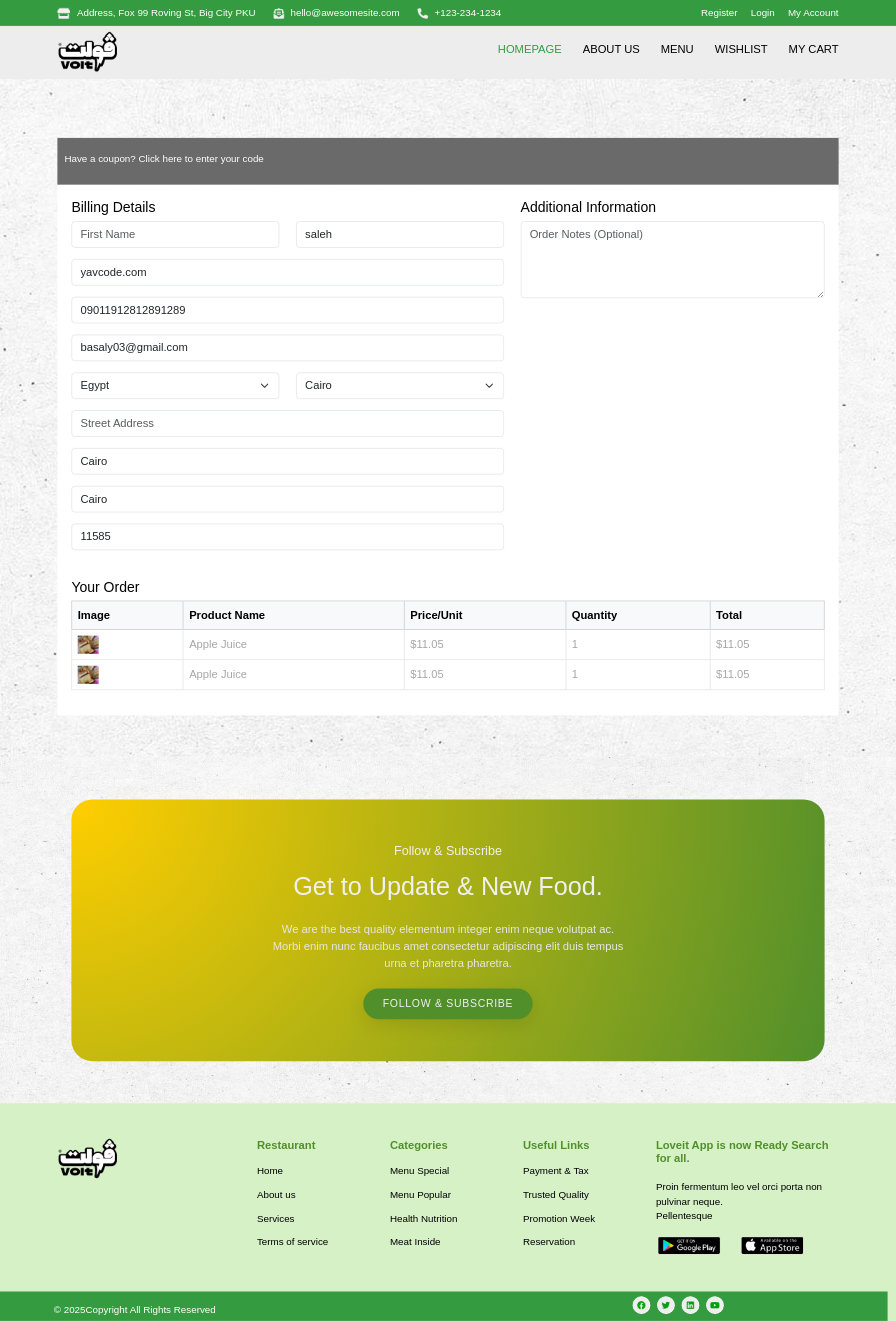
Repository: junivig/volt-new-project
Page: checkout.html
An editor plug-in stored every save of this project. The page is shown before and after the next save, followed by the edit.
The browser window is 1280 px wide. The pictures show the whole page, at 70% of full size.

Above is the page before, as saved 2025-02-01 01:56:16.

### checkout.html
<!DOCTYPE html>
<html lang="en">

<head>
  <meta charset="utf-8">
  <meta content="width=device-width, initial-scale=1.0" name="viewport">
  <title>Checkout- Voltfood</title>
  <meta name="description" content="">
  <meta name="keywords" content="">

  <!-- Favicons -->
  <link href="assets/img/favicon.png" rel="icon">
  <link href="assets/img/apple-touch-icon.png" rel="apple-touch-icon">

  <!-- Fonts -->
  <link href="https://fonts.googleapis.com" rel="preconnect">
  <link href="https://fonts.gstatic.com" rel="preconnect" crossorigin>
  <link href="https://fonts.googleapis.com/css2?family=Roboto:ital,wght@0,100;0,300;0,400;0,500;0,700;0,900;1,100;1,300;1,400;1,500;1,700;1,900&family=Raleway:ital,wght@0,100;0,200;0,300;0,400;0,500;0,600;0,700;0,800;0,900;1,100;1,200;1,300;1,400;1,500;1,600;1,700;1,800;1,900&family=Ubuntu:ital,wght@0,300;0,400;0,500;0,700;1,300;1,400;1,500;1,700&display=swap" rel="stylesheet">

  <!-- Vendor CSS Files -->
  <link href="assets/vendor/bootstrap/css/bootstrap.min.css" rel="stylesheet">
  <link href="assets/vendor/bootstrap-icons/bootstrap-icons.css" rel="stylesheet">
  <link href="assets/vendor/aos/aos.css" rel="stylesheet">
  <link href="assets/vendor/glightbox/css/glightbox.min.css" rel="stylesheet">
  <link href="assets/vendor/swiper/swiper-bundle.min.css" rel="stylesheet">

  <!-- Main CSS File -->
  <link href="assets/css/main.css" rel="stylesheet">

  <!-- =======================================================
  * Template Name: eNno
  * Template URL: https://bootstrapmade.com/enno-free-simple-bootstrap-template/
  * Updated: Aug 07 2024 with Bootstrap v5.3.3
  * Author: BootstrapMade.com
  * License: https://bootstrapmade.com/license/
  ======================================================== -->
</head>

<body class="index-page">

  <header id="header" class="header ">
    <div class="container-fluid  top-header">
      <div class="container-xl">
          <div class="row align-items-center">
              <div class="col-md-8 d-flex align-items-center">
                <nav id="navmenu" class="navmenu">
                  <ul>
                <li class="">
                  <img src="assets/img/location-icon.png" alt="Location Icon" class="icon-right">
                  <span class="top-header-text">Address, Fox 99 Roving St, Big City PKU</span>
              </li>
                <li class="">
                  <img src="assets/img/email-icon.png" alt="Email Icon" class="icon-right">
                  <span class="top-header-text">hello@awesomesite.com</span>
              </li>
              <li class="">
                <img src="assets/img/phone-icon.png" alt="Phone Icon" class="icon-right">
                <span class="top-header-text">+123-234-1234</span>
            </li>
                  </ul>
                </nav>
              </div>
              <div class="col-md-4 text-end">
                  <a href="#" >Register</a>
                  <a href="#">Login</a>
                  <a href="#">My Account</a>
              </div>
          </div>
        </div>
  </div>
    <div class="container-fluid container-xl position-relative d-flex align-items-center">

      <a href="index.html" class="logo d-flex align-items-center me-auto">

        <img src="assets/img/logo.png" alt="Logo Image">
      </a>

      <nav id="navmenu" class="navmenu">
        <ul>
          <li><a href="index.html" class="active">HOMEPAGE</a></li>
          <li><a href="about.html">ABOUT US</a></li>
          <li><a href="menu.html">MENU</a></li>
          <li><a href="#">WISHLIST</a></li>
          <li><a href="#">MY CART</a></li>
          <!-- <li class="dropdown"><a href="#"><span>Dropdown</span> <i class="bi bi-chevron-down toggle-dropdown"></i></a>
            <ul>
              <li><a href="#">Dropdown 1</a></li>
              <li class="dropdown"><a href="#"><span>Deep Dropdown</span> <i class="bi bi-chevron-down toggle-dropdown"></i></a>
                <ul>
                  <li><a href="#">Deep Dropdown 1</a></li>
                  <li><a href="#">Deep Dropdown 2</a></li>
                  <li><a href="#">Deep Dropdown 3</a></li>
                  <li><a href="#">Deep Dropdown 4</a></li>
                  <li><a href="#">Deep Dropdown 5</a></li>
                </ul>
              </li>
              <li><a href="#">Dropdown 2</a></li>
              <li><a href="#">Dropdown 3</a></li>
              <li><a href="#">Dropdown 4</a></li>
            </ul>
          </li> -->
        </ul>
        <i class="mobile-nav-toggle d-xl-none bi bi-list"></i>
      </nav>

      <!-- <a class="btn-getstarted" href="index.html#about">Get Started</a> -->

    </div>
  </header>

  <main class="main">


        <!-- Checkout Section -->
        <section id="testimonials" class="testimonials section light-background bg-image">
          <div class="container mt-4">
            <div class="coupon-section">
                <p>Have a coupon? Click here to enter your code</p>
            </div>

            <div class="checkout-container">
                <div class="row">
                    <div class="col-md-7">
                        <h5>Billing Details</h5>
                        <form>
                            <div class="row mb-3">
                                <div class="col-md-6">
                                    <input type="text" class="form-control" placeholder="First Name" value="">
                                </div>
                                <div class="col-md-6">
                                    <input type="text" class="form-control" placeholder="Last Name" value="saleh">
                                </div>
                            </div>
                            <input type="text" class="form-control mb-3" placeholder="Company Name" value="yavcode.com">
                            <input type="text" class="form-control mb-3" placeholder="Phone Number" value="09011912812891289">
                            <input type="email" class="form-control mb-3" placeholder="Email" value="basaly03@gmail.com">

                            <div class="row mb-3">
                                <div class="col-md-6">
                                    <select class="form-select">
                                        <option selected>Saudi Arabia</option>
                                        <option selected>Qatar</option>
                                        <option selected>Egypt</option>
                                    </select>
                                </div>
                                <div class="col-md-6">
                                    <select class="form-select">
                                        <option selected>Cairo</option>
                                        <option selected>Cairo</option>
                                        <option selected>Cairo</option>
                                    </select>
                                </div>
                            </div>

                            <input type="text" class="form-control mb-3" placeholder="Street Address" value="">
                            <input type="text" class="form-control mb-3" placeholder="City" value="Cairo">
                            <input type="text" class="form-control mb-3" placeholder="State" value="Cairo">
                            <input type="text" class="form-control mb-3" placeholder="Zip Code" value="11585">
                        </form>
                    </div>

                    <div class="col-md-5">
                        <h5>Additional Information</h5>
                        <textarea class="form-control" rows="4" placeholder="Order Notes (Optional)"></textarea>
                    </div>
                </div>

                <h5 class="mt-4">Your Order</h5>
                <table class="table table-bordered">
                    <thead class="table-light">
                        <tr>
                            <th>Image</th>
                            <th>Product Name</th>
                            <th>Price/Unit</th>
                            <th>Quantity</th>
                            <th>Total</th>
                        </tr>
                    </thead>
                    <tbody>
                        <tr>
                            <td><img src="assets/img/breakfast.png" alt="Image"></td>
                            <td>Apple Juice</td>
                            <td>$11.05</td>
                            <td>1</td>
                            <td>$11.05</td>
                        </tr>
                        <tr>
                            <td><img src="assets/img/breakfast.png" alt="Image"></td>
                            <td>Apple Juice</td>
                            <td>$11.05</td>
                            <td>1</td>
                            <td>$11.05</td>
                        </tr>
                    </tbody>
                </table>
            </div>
        </div>
        </section>
      <!-- /Checkout Section -->


  </main>





 <!-- /Subscribe Footer Section -->
 <section class="bg-image">
  <div class="footer-newsletter">
    <div class="container">
      <div class="row justify-content-center text-center">
        <div class="col-lg-6">
          <p class="footer-newsletter-sub-heading">Follow & Subscribe</p>
          <h4 class="footer-newsletter-heading">Get to Update & New Food.</h4>
          <p class="footer-newsletter-text">We are the best quality elementum integer enim neque volutpat ac. Morbi enim nunc
            faucibus amet consectetur adipiscing elit duis tempus urna et pharetra pharetra.</p>
            <div class="mt-4">
            <a href="#about" class="subscribe-button">FOLLOW & SUBSCRIBE</a>
          </div>
        </div>
      </div>
    </div>
  </div>
</section><!-- /Subscribe Footer Section -->

  <footer id="footer" class="footer">



    <div class="container footer-top">
      <div class="row gy-4">
        <div class="col-lg-3 col-md-6 footer-about">
          <a href="index.html" class="logo d-flex align-items-center me-auto">
            <img src="assets/img/logo.png" alt="Logo Image">
          </a>

        </div>

        <div class="col-lg-2 col-md-3 footer-links">
          <h4 class="footer-pages-heading">Restaurant</h4>
          <ul>
            <li> <a href="#">Home</a></li>
            <li> <a href="#">About us</a></li>
            <li> <a href="#">Services</a></li>
            <li> <a href="#">Terms of service</a></li>
          </ul>
        </div>

        <div class="col-lg-2 col-md-3 footer-links">
          <h4 class="footer-pages-heading">Categories</h4>
          <ul>
            <li> <a href="#">Menu Special</a></li>
            <li> <a href="#">Menu Popular</a></li>
            <li> <a href="#">Health Nutrition</a></li>
            <li> <a href="#">Meat Inside</a></li>
          </ul>
        </div>
        <div class="col-lg-2 col-md-3 footer-links">
          <h4 class="footer-pages-heading">Useful Links</h4>
          <ul>
            <li> <a href="#">Payment & Tax</a></li>
            <li> <a href="#">Trusted Quality</a></li>
            <li> <a href="#">Promotion Week</a></li>
            <li> <a href="#">Reservation</a></li>
          </ul>
        </div>

        <div class="col-lg-3 col-md-12">
          <h4 class="footer-pages-heading">Loveit App is now Ready Search for all.</h4>
          <p>Proin fermentum leo vel orci porta non pulvinar neque. <br> Pellentesque</p>
          <div class="row">
            <div class="col-lg-5 col-md-6 col-sm-12">
              <img src="assets/img/android.png" alt="Google Play Image" class="mobile-app-image">
           </div>
           <div class="col-lg-5 col-md-6 col-sm-12">
            <img src="assets/img/apple.png" alt="Apple Store Image" class="mobile-app-image">
         </div>
        </div>

      </div>
    </div>
    </div>
    <div class="row copyright mt-4">
      <div class="row">
      <div class="col-lg-6 col-md-12 col-sm-12">
        <p class="mt-2">© 2025<span>Copyright All Rights Reserved</span></p>
      </div>
      <div class="col-lg-3 col-md-12 col-md-12">
      </div>
      <div class="col-lg-3 col-md-12 col-md-12 social-media-icons">
        <div class="social-links d-flex text-end">
          <a href=""><img src="assets/img/facebook.png" alt="Logo Image"></a>
          <a href=""><img src="assets/img/twitter.png" alt="Logo Image"></a>
          <a href=""><img src="assets/img/linkedin.png" alt="Logo Image"></i></a>
          <a href=""><img src="assets/img/youtube.png" alt="Logo Image"></i></a>
        </div>
      </div>
      </div>
    </div>
  </footer>

  <!-- Scroll Top -->
  <a href="#" id="scroll-top" class="scroll-top d-flex align-items-center justify-content-center"><i class="bi bi-arrow-up-short"></i></a>

  <!-- Preloader -->
  <div id="preloader"></div>

  <!-- Vendor JS Files -->
  <script src="assets/vendor/bootstrap/js/bootstrap.bundle.min.js"></script>
  <script src="assets/vendor/php-email-form/validate.js"></script>
  <script src="assets/vendor/aos/aos.js"></script>
  <script src="assets/vendor/glightbox/js/glightbox.min.js"></script>
  <script src="assets/vendor/purecounter/purecounter_vanilla.js"></script>
  <script src="assets/vendor/imagesloaded/imagesloaded.pkgd.min.js"></script>
  <script src="assets/vendor/isotope-layout/isotope.pkgd.min.js"></script>
  <script src="assets/vendor/swiper/swiper-bundle.min.js"></script>
  <script>
    fetch("footer.html")
      .then(response => response.text())
      .then(data => document.getElementById("footer-placeholder").innerHTML = data)
      .catch(error => console.error("Error loading the footer:", error));
  </script>

  <!-- Main JS File -->
  <script src="assets/js/main.js"></script>
  <script>
    document.addEventListener("DOMContentLoaded", function () {
        document.querySelectorAll(".quantity-control button").forEach(button => {
            button.addEventListener("click", function () {
                let input = this.parentElement.querySelector("input");
                let value = parseInt(input.value);
                if (this.classList.contains("increase")) {
                    input.value = value + 1;
                } else if (this.classList.contains("decrease") && value > 1) {
                    input.value = value - 1;
                }
            });
        });

        document.querySelectorAll(".remove-btn").forEach(button => {
            button.addEventListener("click", function () {
                this.closest("tr").remove();
            });
        });
    });
</script>

</body>

</html>

### footer.html
<!-- Subscribe Footer Section -->
<section class="bg-image">
    <div class="footer-newsletter">
      <div class="container">
        <div class="row justify-content-center text-center">
          <div class="col-lg-6">
            <p class="footer-newsletter-sub-heading">Follow & Subscribe</p>
            <h4 class="footer-newsletter-heading">Get to Update & New Food.</h4>
            <p class="footer-newsletter-text">We are the best quality elementum integer enim neque volutpat ac. Morbi enim nunc
              faucibus amet consectetur adipiscing elit duis tempus urna et pharetra pharetra.</p>
            <div class="mt-4">
              <a href="#about" class="subscribe-button">FOLLOW & SUBSCRIBE</a>
            </div>
          </div>
        </div>
      </div>
    </div>
  </section>


  <footer id="footer" class="footer">
    <div class="container footer-top">
      <div class="row gy-4">
        <div class="col-lg-3 col-md-6 footer-about">
          <a href="index.html" class="logo d-flex align-items-center me-auto">
            <img src="assets/img/logo.png" alt="Logo Image">
          </a>
        </div>

        <div class="col-lg-2 col-md-3 footer-links">
          <h4 class="footer-pages-heading">Restaurant</h4>
          <ul>
            <li><a href="#">Home</a></li>
            <li><a href="#">About us</a></li>
            <li><a href="#">Services</a></li>
            <li><a href="#">Terms of service</a></li>
          </ul>
        </div>

        <div class="col-lg-2 col-md-3 footer-links">
          <h4 class="footer-pages-heading">Categories</h4>
          <ul>
            <li><a href="#">Menu Special</a></li>
            <li><a href="#">Menu Popular</a></li>
            <li><a href="#">Health Nutrition</a></li>
            <li><a href="#">Meat Inside</a></li>
          </ul>
        </div>

        <div class="col-lg-2 col-md-3 footer-links">
          <h4 class="footer-pages-heading">Useful Links</h4>
          <ul>
            <li><a href="#">Payment & Tax</a></li>
            <li><a href="#">Trusted Quality</a></li>
            <li><a href="#">Promotion Week</a></li>
            <li><a href="#">Reservation</a></li>
          </ul>
        </div>

        <div class="col-lg-3 col-md-12">
          <h4 class="footer-pages-heading">Loveit App is now Ready Search for all.</h4>
          <p>Proin fermentum leo vel orci porta non pulvinar neque. <br> Pellentesque</p>
          <div class="row">
            <div class="col-lg-5 col-md-6 col-sm-12">
              <img src="assets/img/android.png" alt="Google Play Image" class="mobile-app-image">
            </div>
            <div class="col-lg-5 col-md-6 col-sm-12">
              <img src="assets/img/apple.png" alt="Apple Store Image" class="mobile-app-image">
            </div>
          </div>
        </div>
      </div>
    </div>

    <div class="row copyright mt-4">
      <div class="row">
        <div class="col-lg-6 col-md-12 col-sm-12">
          <p class="mt-2">&copy; 2025 <span>Copyright All Rights Reserved</span></p>
        </div>
        <div class="col-lg-3 col-md-12 col-md-12"></div>
        <div class="col-lg-3 col-md-12 col-md-12 social-media-icons">
          <div class="social-links d-flex text-end">
            <a href=""><img src="assets/img/facebook.png" alt="Logo Image"></a>
            <a href=""><img src="assets/img/twitter.png" alt="Logo Image"></a>
            <a href=""><img src="assets/img/linkedin.png" alt="Logo Image"></a>
            <a href=""><img src="assets/img/youtube.png" alt="Logo Image"></a>
          </div>
        </div>
      </div>
    </div>
  </footer>

Loaded but not shown: assets/vendor/bootstrap/css/bootstrap.min.css (library); assets/vendor/bootstrap-icons/bootstrap-icons.css (library); assets/vendor/aos/aos.css (library); assets/vendor/glightbox/css/glightbox.min.css (library); assets/vendor/swiper/swiper-bundle.min.css (library); assets/vendor/bootstrap/js/bootstrap.bundle.min.js (library); assets/vendor/php-email-form/validate.js (common file); assets/vendor/aos/aos.js (library); assets/vendor/glightbox/js/glightbox.min.js (library); assets/vendor/purecounter/purecounter_vanilla.js (library); assets/vendor/imagesloaded/imagesloaded.pkgd.min.js (library); assets/vendor/isotope-layout/isotope.pkgd.min.js (library); assets/vendor/swiper/swiper-bundle.min.js (library); assets/js/main.js (209 lines, source omitted); assets/css/main.css (2467 lines, source omitted)

After the next save:
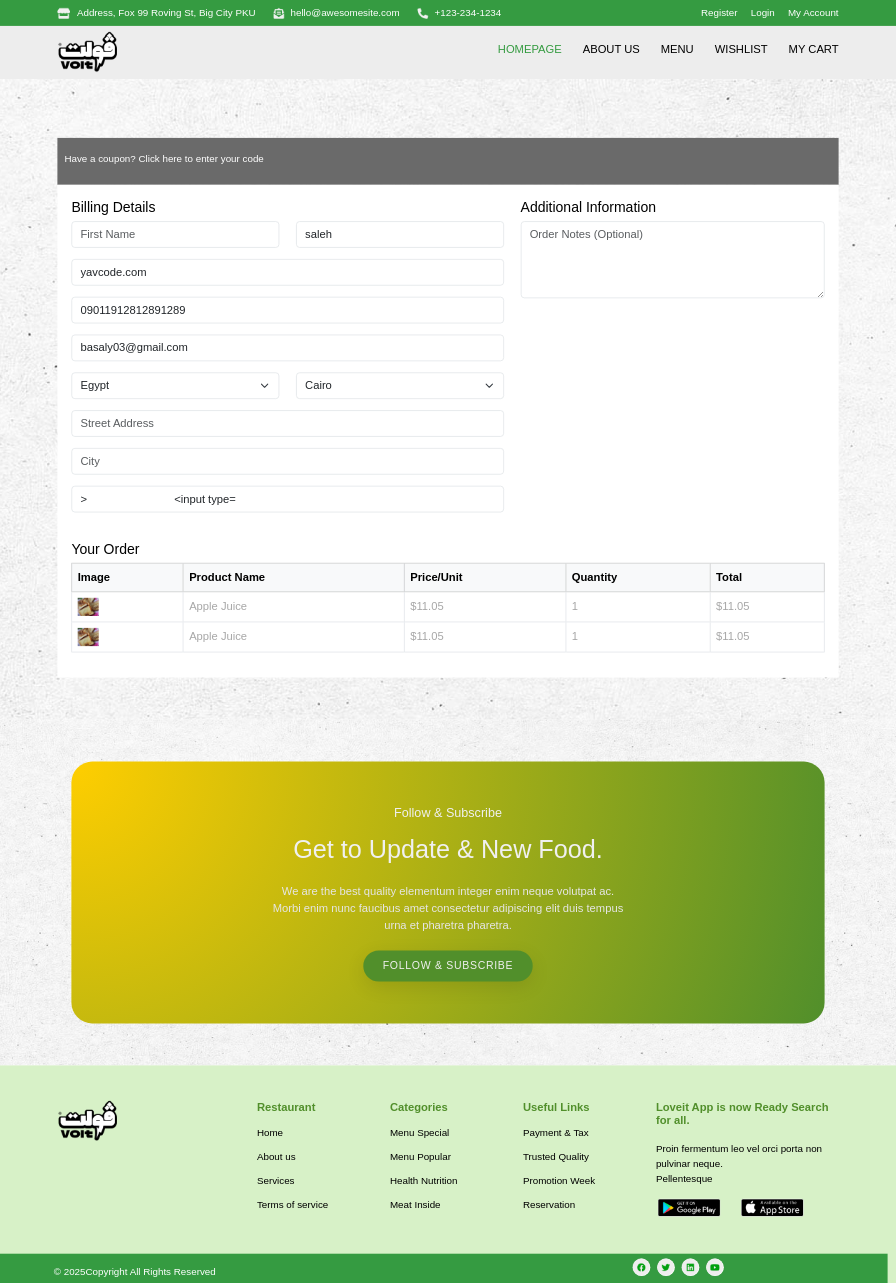
Saved 15 s later.
--- a/checkout.html
+++ b/checkout.html
@@ -153,9 +153,9 @@
                             </div>
 
                             <input type="text" class="form-control mb-3" placeholder="Street Address" value="">
-                            <input type="text" class="form-control mb-3" placeholder="City" value="Cairo">
-                            <input type="text" class="form-control mb-3" placeholder="State" value="Cairo">
-                            <input type="text" class="form-control mb-3" placeholder="Zip Code" value="11585">
+                            <input type="text" class="form-control mb-3" placeholder="City" value="">
+                            <input type="text" class="form-control mb-3" placeholder="State" value=">
+                            <input type="text" class="form-control mb-3" placeholder="Zip Code" value="">
                         </form>
                     </div>
 

After the save that followed:
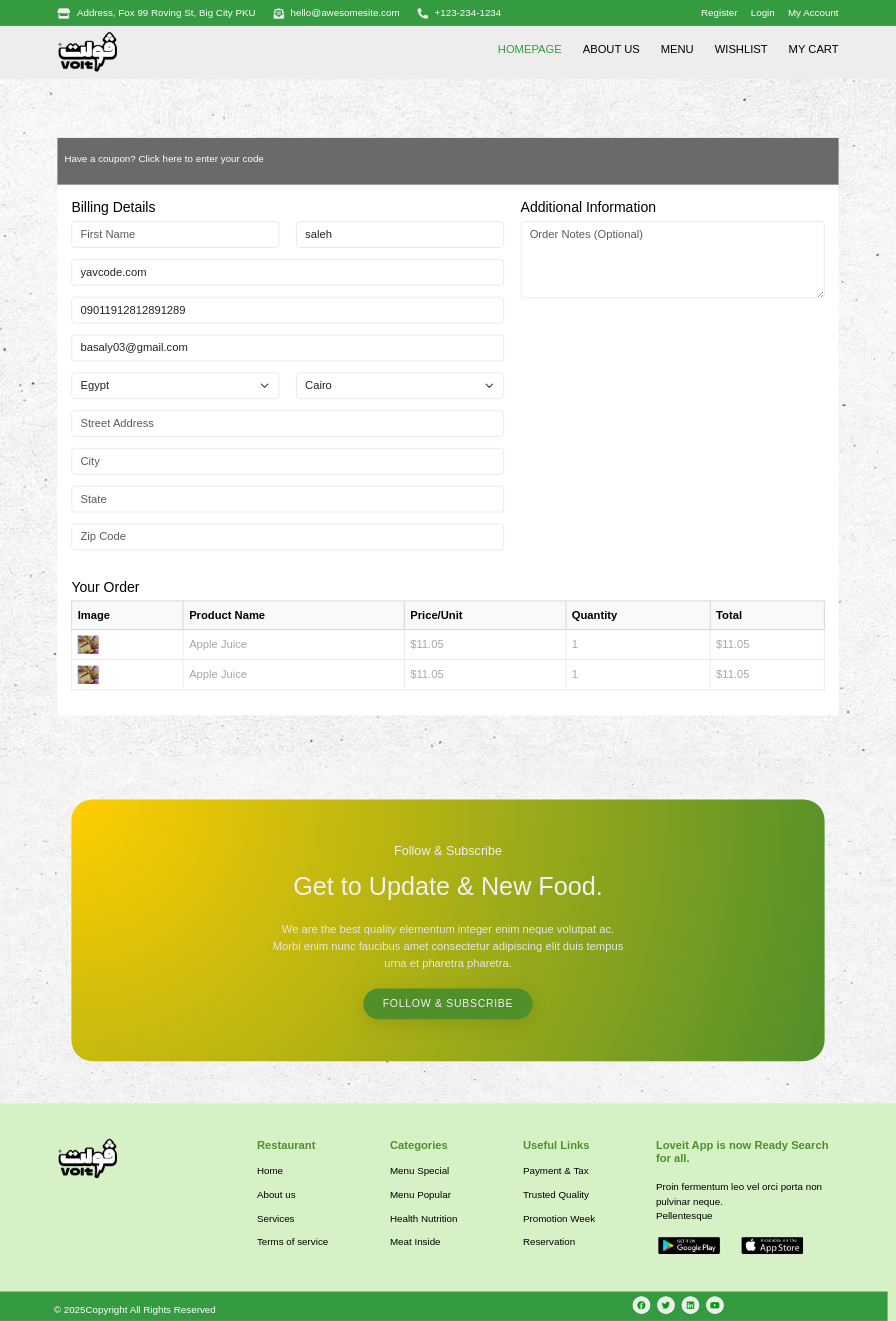
Saved 13 s later.
--- a/checkout.html
+++ b/checkout.html
@@ -154,7 +154,7 @@
 
                             <input type="text" class="form-control mb-3" placeholder="Street Address" value="">
                             <input type="text" class="form-control mb-3" placeholder="City" value="">
-                            <input type="text" class="form-control mb-3" placeholder="State" value=">
+                            <input type="text" class="form-control mb-3" placeholder="State" value="">
                             <input type="text" class="form-control mb-3" placeholder="Zip Code" value="">
                         </form>
                     </div>
